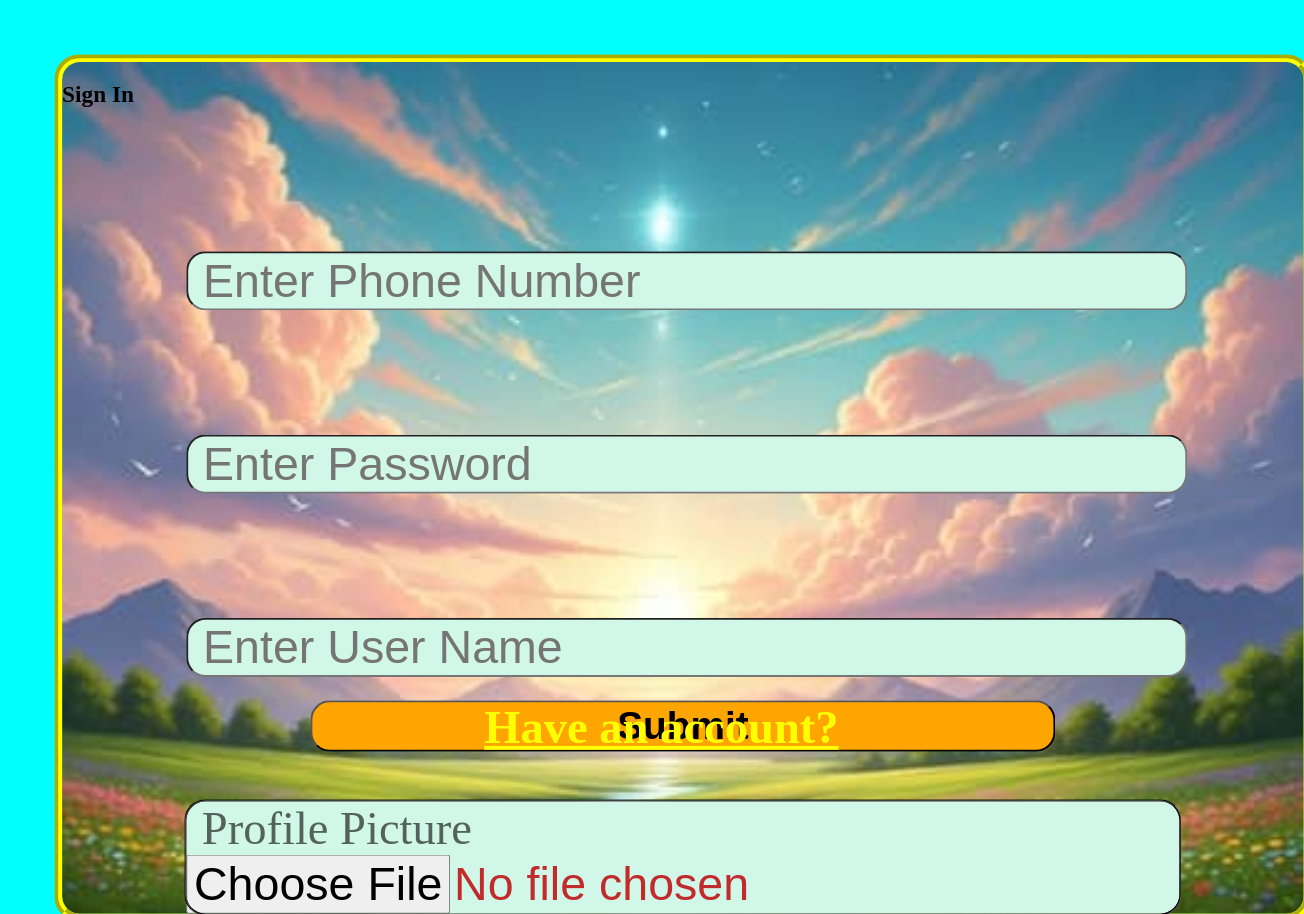
Repository: Amani-Kibet/express-app-web
Page: pages/signup/signIn.html
The author's editor kept a copy of each file at every save. The page is drawn from the files as they stood at one save, then again after the next save.
The browser window is 1280 px wide. The page is 1344 px wide, then 1280 px, so the pictures cover 1344 px, including what lies to the right of the window. The pictures show the whole page, at 97% of full size.

Above is the page before, as saved 2025-09-28 18:11:00.

After the next save:
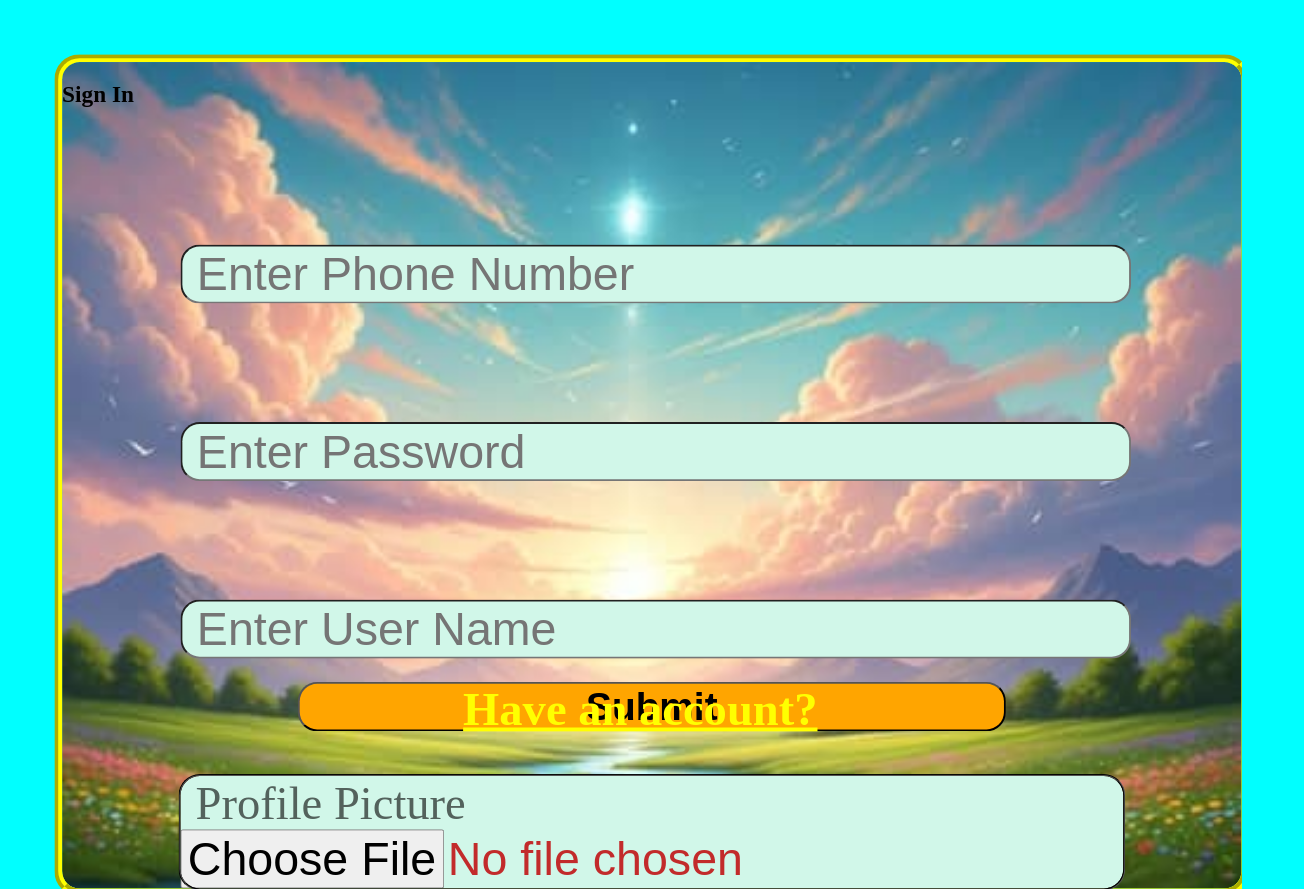
Saved 28 s later.
--- a/pages/signup/signIn.html
+++ b/pages/signup/signIn.html
@@ -11,8 +11,8 @@
   #board{
     background: url(/pictures/p1.png);
     background-size: cover;
-    width: 100vw;
-    height: auto;
+    min-height: 100vh;
+      min-width: 100vh;
     border-radius: 18px;
     outline: 8px groove yellow;
     position: absolute;
